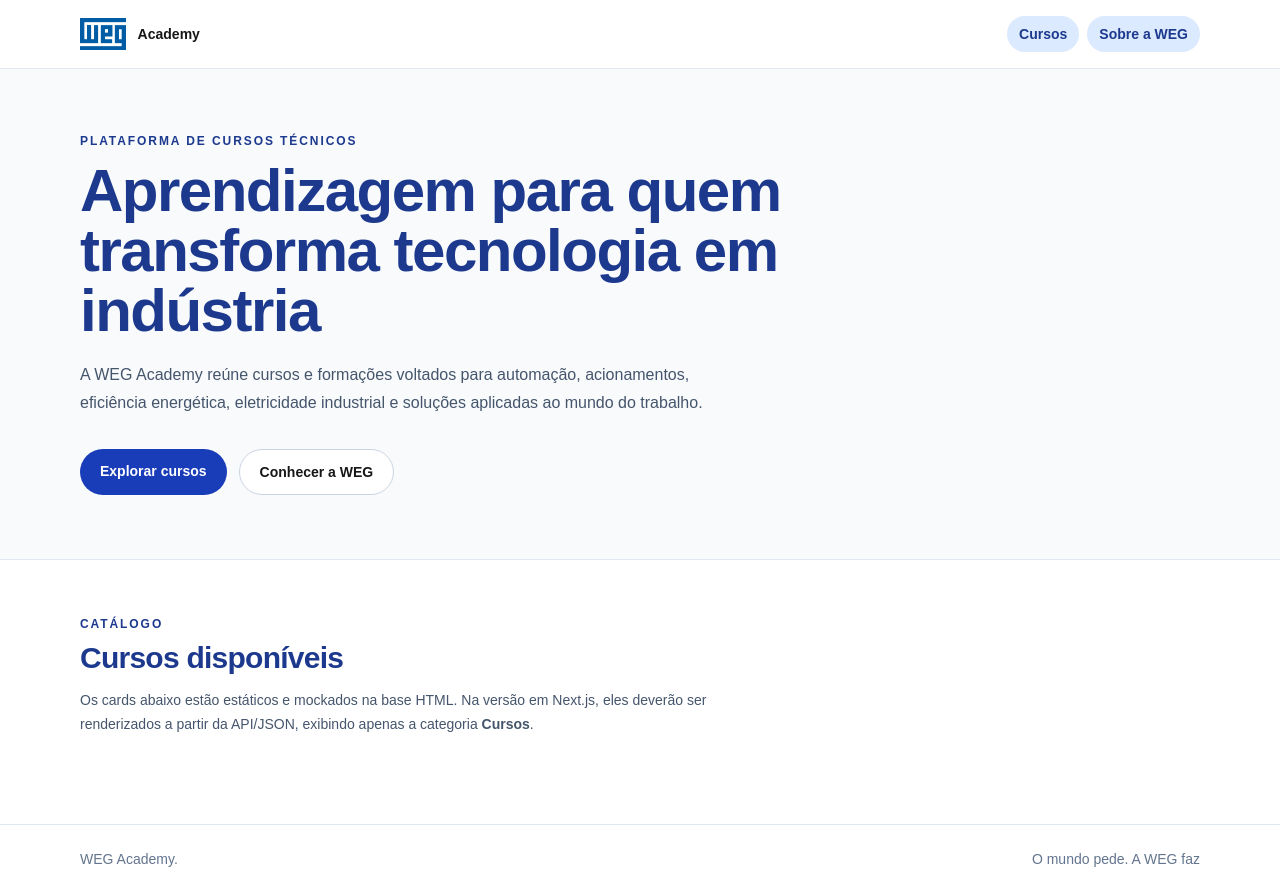
Repository: juniorAntunes910/Prova-Next-Junior_Gabriel_Antunes_de_Souza-Correta
Page: / (app in prova/)
These files come from the project's save history. The page is drawn as it stood at one moment and after the next save; the edit follows.
The browser window is 1280 px wide. The pictures show the whole page.
The page's requests for data from a server got no answer. The project was rebuilt for these pictures with package versions that can differ from the ones it lists, and the page was loaded fresh each time. The framework's server and built-in components were replaced by stand-ins that run in the browser. No one was signed in, and anything a server would have sent is missing. Also part of the build but not shown: prova/next.config.mjs, prova/src/components/Cards.js.

Above is the page before, as saved 2026-07-10 09:13:17.

### prova/src/app/layout.js
import "./globals.css";
import Topbar from "@/components/Topbar";
import Footer from "@/components/Footer";

export const metadata = {
  title: "Create Next App",
  description: "Generated by create next app",
};

export default function RootLayout({ children }) {
  return (
    <html lang="en">
      <body className="min-h-full flex flex-col">
        <Topbar />
        {children}
        <Footer />
      </body>
    </html>
  );
}

### prova/src/app/page.js
import Hero from "@/components/Hero";
import Cards from "@/components/Cards";
export default function Home() {
  return (
    <main>
      <Hero />

      <section className="mx-auto max-w-6xl px-4 py-14" id="cursos">
        <div className="mb-8 max-w-2xl">
          <p className="mb-2 text-xs font-extrabold uppercase tracking-[0.16em] text-blue-900">
            Catálogo
          </p>
          <h2 className="text-3xl font-extrabold tracking-tight text-blue-900">
            Cursos disponíveis
          </h2>
          <p className="mt-3 text-sm leading-6 text-slate-600">
            Os cards abaixo estão estáticos e mockados na base HTML. Na versão
            em Next.js, eles deverão ser renderizados a partir da API/JSON,
            exibindo apenas a categoria <strong>Cursos</strong>.
          </p>
        </div>
        <div className="grid gap-5 md:grid-cols-3">
              <Cards />
        </div>
      </section>
    </main>
  );
}

### prova/src/components/Topbar.js
"use client";
import Image from "next/image";
import { usePathname } from "next/navigation";
import Link from "next/link";
export default function Topbar() {
  const path = usePathname();
  const active = "rounded-full bg-blue-100 px-3 py-2 text-blue-900";
  const desative = "rounded-full  px-3 py-2 text-blue-900";

  return (
    <header className="border-b border-slate-200 bg-white">
      <div className="mx-auto flex max-w-6xl flex-col gap-4 px-4 py-4 md:flex-row md:items-center md:justify-between">
        <Link
          href="/"
          className="flex items-center gap-3"
          aria-label="Página inicial WEG Academy"
        >
          <Image
            src="/logo-weg.png"
            alt="Logo WEG"
            height={64}
            width={64}
            className="h-8 w-auto"
          ></Image>
          <span className="text-sm font-bold text-weg-dark">Academy</span>
        </Link>

        <nav
          className="flex items-center gap-2 text-sm font-semibold text-slate-600"
          aria-label="Navegação principal"
        >
          <Link
            href="/"
            className={path === "/" ? active : desative}
          >
            Cursos
          </Link>
          <Link
            href="/about"
            className={path === "/" ? active : desative}

          >
            Sobre a WEG
          </Link>
        </nav>
      </div>
    </header>
  );
}

### prova/src/components/Footer.js
export default function () {
  return (
    <footer className="border-t border-slate-200 bg-white">
      <div className="mx-auto flex max-w-6xl flex-col gap-2 px-4 py-6 text-sm text-slate-500 md:flex-row md:items-center md:justify-between">
        <p>WEG Academy.</p>
        <p>O mundo pede. A WEG faz</p>
      </div>
    </footer>
  );
}

### prova/src/components/Hero.js
import Link from "next/link";
export default function Hero() {
  return (
    <section className="border-b border-slate-200 bg-slate-50">
      <div className="mx-auto max-w-6xl px-4 py-16">
        <div className="max-w-3xl">
          <p className="mb-3 text-xs font-extrabold uppercase tracking-[0.16em] text-blue-900">
            Plataforma de cursos técnicos
          </p>
          <h1 className="text-4xl font-extrabold tracking-tight text-blue-900 md:text-6xl">
            Aprendizagem para quem transforma tecnologia em indústria
          </h1>
          <p className="mt-5 max-w-2xl text-base leading-7 text-slate-600">
            A WEG Academy reúne cursos e formações voltados para automação,
            acionamentos, eficiência energética, eletricidade industrial e
            soluções aplicadas ao mundo do trabalho.
          </p>
          <div className="mt-8 flex flex-wrap gap-3">
            <Link
              href="#cursos"
              className="rounded-full bg-weg-blue px-5 py-3 text-sm font-bold bg-blue-800 text-white hover:bg-blue-900"
            >
              Explorar cursos
            </Link>
            <Link
              href="/about"
              className="rounded-full border border-slate-300 bg-white px-5 py-3 text-sm font-bold text-weg-dark hover:bg-slate-50"
            >
              Conhecer a WEG
            </Link>
          </div>
        </div>
      </div>
    </section>
  );
}

Loaded but not shown: prova/src/app/globals.css (common file)

After the next save:
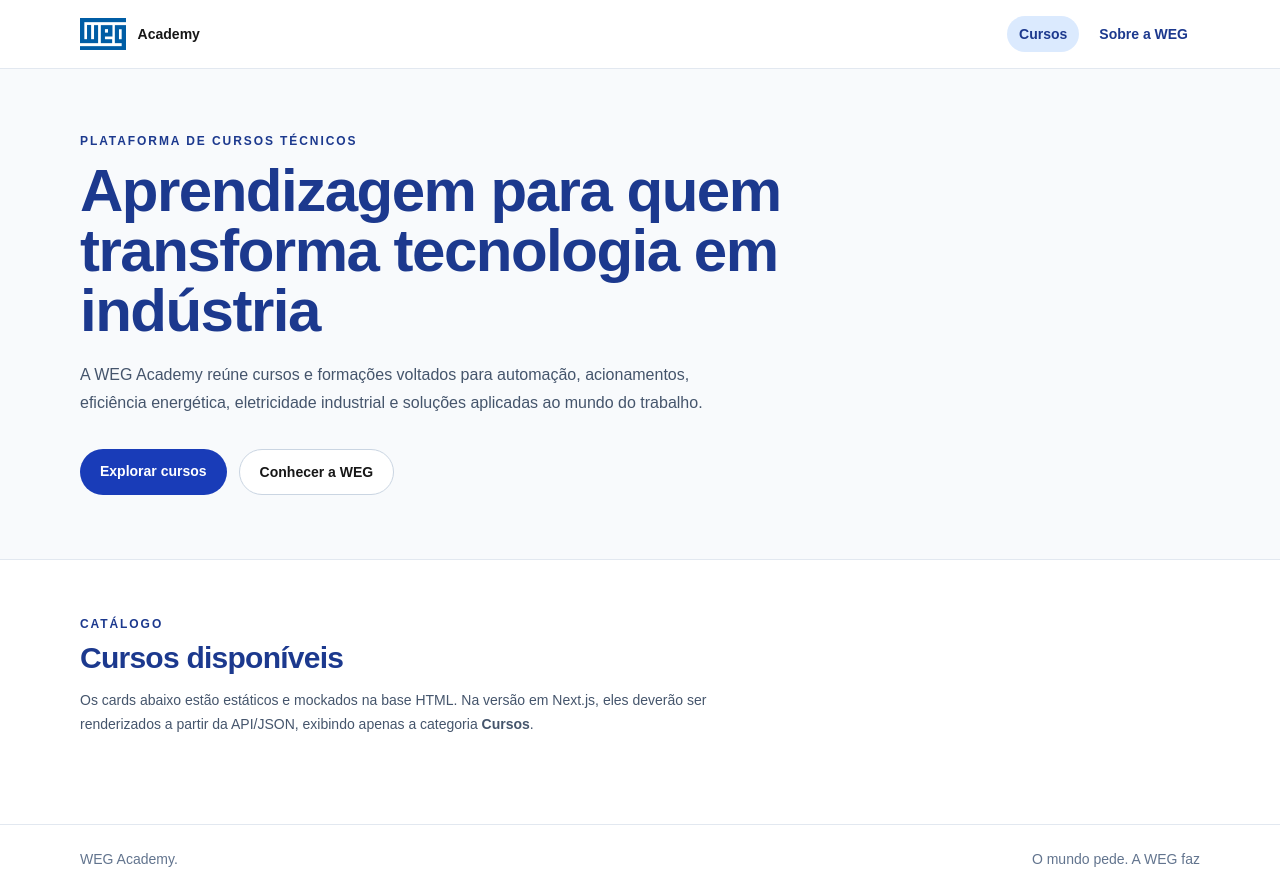
Saved 4 s later.
--- a/prova/src/components/Topbar.js
+++ b/prova/src/components/Topbar.js
@@ -37,7 +37,7 @@
           </Link>
           <Link
             href="/about"
-            className={path === "/" ? active : desative}
+            className={path === "/about" ? active : desative}
 
           >
             Sobre a WEG
